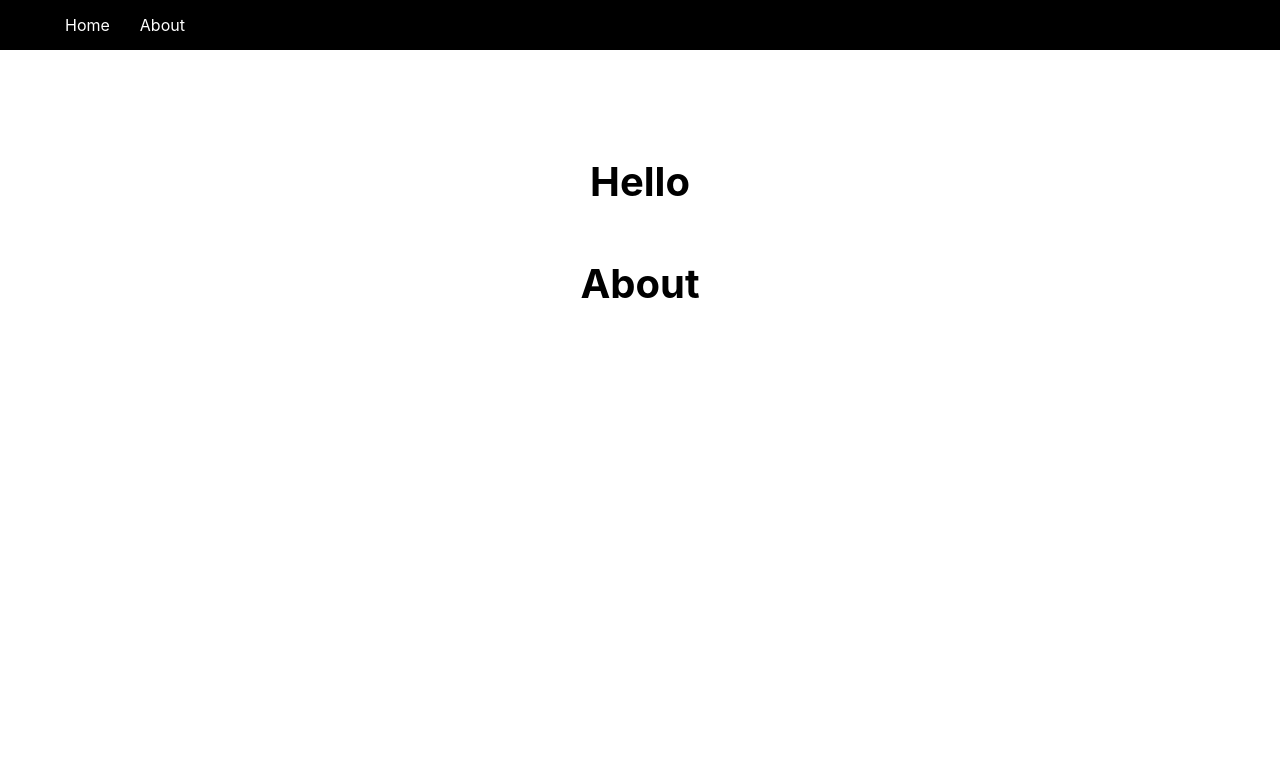
Repository: jasmina94/first-next-app
Page: /about
An editor plug-in stored every save of this project. The page is shown before and after the next save, followed by the edit.
The browser window is 1280 px wide. The pictures show the whole page.
The project was rebuilt for these pictures with package versions that can differ from the ones it lists, and the page was loaded fresh each time. Some packages were replaced by stand-ins written for this rebuild. The framework's server and built-in components were replaced by stand-ins that run in the browser. Also part of the build but not shown: next.config.js, styles/Header.module.css.

Above is the page before, as saved 2021-07-23 16:30:52.

After the next save:
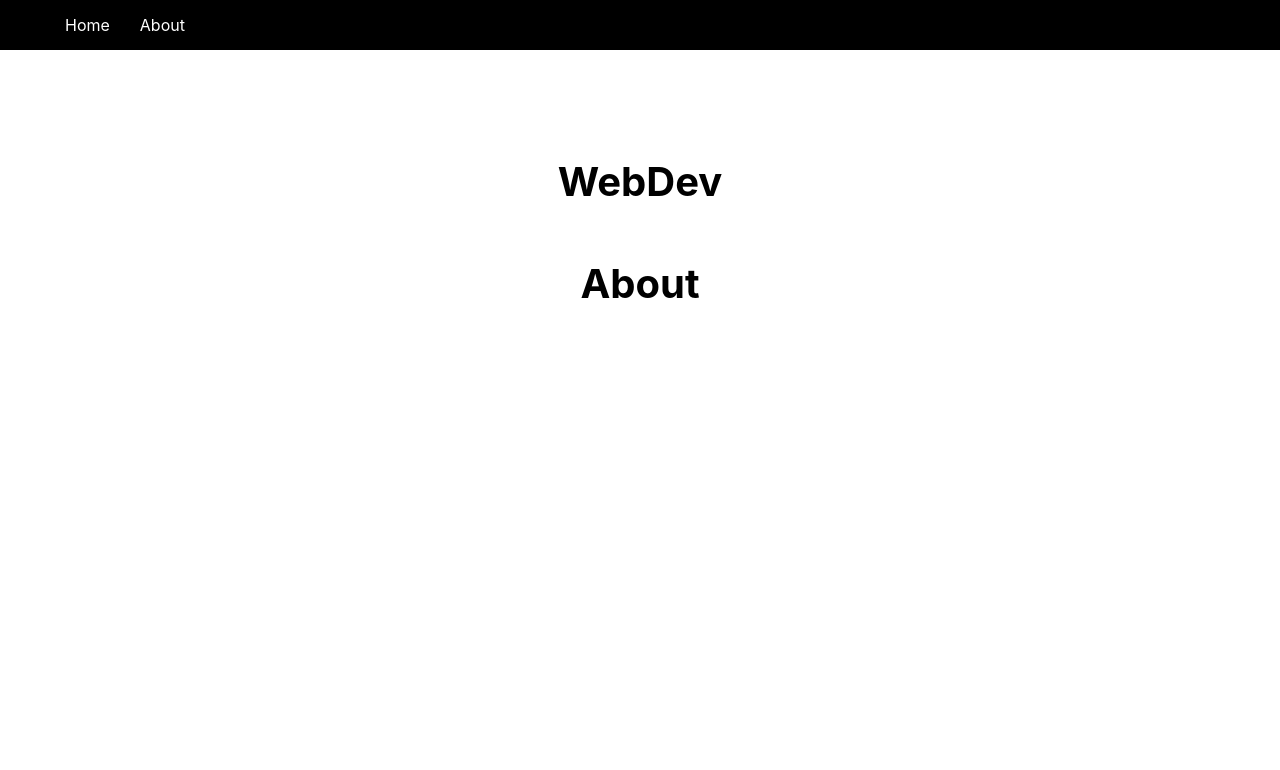
Saved 36 s later.
--- a/components/Layout.js
+++ b/components/Layout.js
@@ -8,7 +8,7 @@
             <Nav />
             <div className={styles.container}>
                 <main className={styles.main}>
-                    <h1>Hello</h1>
+                    <Header/>
                     {children}
                 </main>
             </div>
